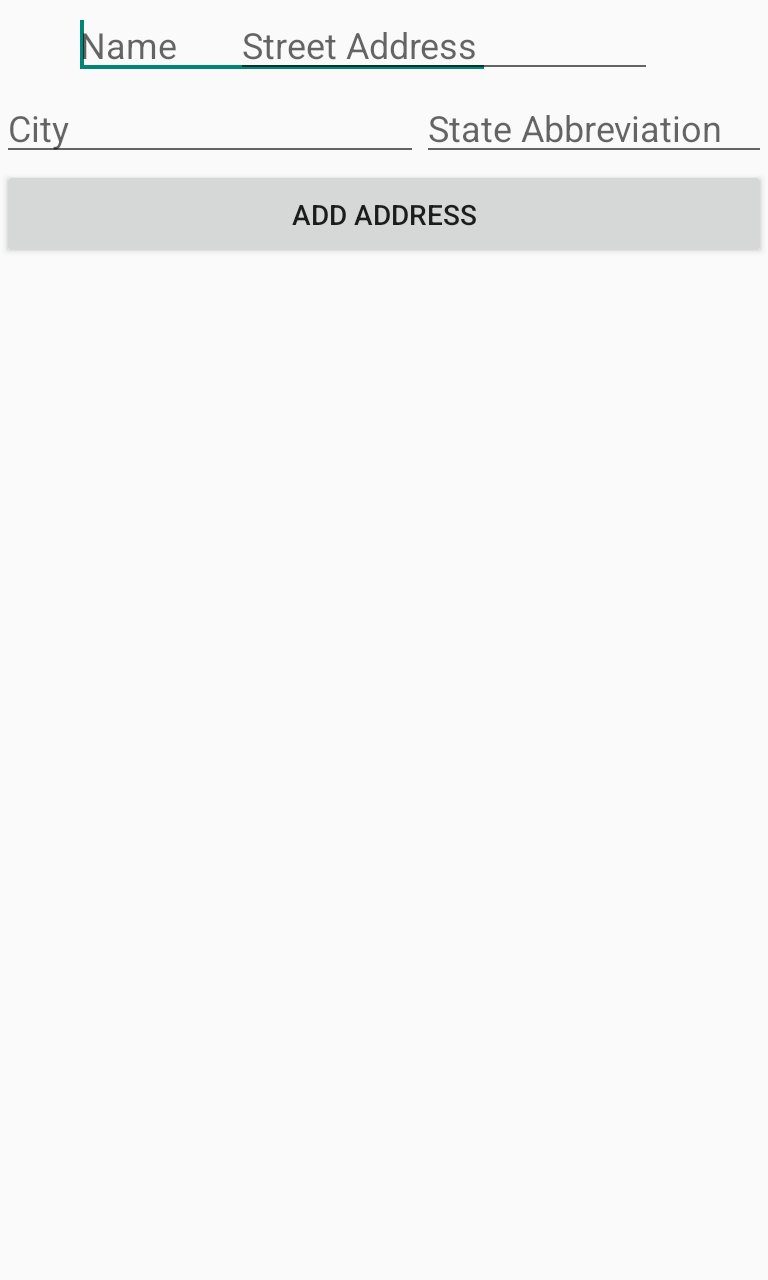
Repository: bhazenstab16/addressbookBMH
Layout: AddressBook/res/layout/activity_main.xml
These files come from the project's save history. The layout is drawn as it stood at one moment and after the next save; the edit follows.
It is drawn on a 768 x 1280 px phone screen (xhdpi) without system bars, with theme AppTheme; the app's code is not run.

Above is the layout before, as saved 2019-10-17 15:48:31.

### AddressBook/res/layout/activity_main.xml
<RelativeLayout xmlns:android="http://schemas.android.com/apk/res/android"
    xmlns:tools="http://schemas.android.com/tools"
    android:id="@+id/container"
    android:layout_width="match_parent"
    android:layout_height="match_parent"
    tools:context="com.example.addressbook.MainActivity"
    tools:ignore="MergeRootFrame" >

    <EditText
        android:id="@+id/editTextCity"
        android:layout_width="wrap_content"
        android:layout_height="wrap_content"
        android:layout_alignParentLeft="true"
        android:layout_below="@+id/editTextStreetAddress"
        android:ems="10"
        android:hint="@string/stringHintCity" />

    <EditText
        android:id="@+id/editTextState"
        android:layout_width="wrap_content"
        android:layout_height="wrap_content"
        android:layout_alignBaseline="@+id/editTextCity"
        android:layout_alignBottom="@+id/editTextCity"
        android:layout_toRightOf="@+id/editTextCity"
        android:ems="10"
        android:hint="@string/stringHintState" />

    <EditText
        android:id="@+id/editTextZip"
        android:layout_width="wrap_content"
        android:layout_height="wrap_content"
        android:layout_alignBaseline="@+id/editTextState"
        android:layout_alignBottom="@+id/editTextState"
        android:layout_toRightOf="@+id/editTextState"
        android:ems="10"
        android:hint="@string/stringHintZip"
        android:inputType="number" />

    <Button
        android:id="@+id/buttonAdd"
        android:layout_width="wrap_content"
        android:layout_height="wrap_content"
        android:layout_alignParentLeft="true"
        android:layout_alignParentRight="true"
        android:layout_below="@+id/editTextCity"
        android:text="@string/stringAddRecord" />

    <EditText
        android:id="@+id/editTextName"
        android:layout_width="wrap_content"
        android:layout_height="wrap_content"
        android:layout_above="@+id/editTextCity"
        android:layout_alignParentLeft="true"
        android:layout_marginLeft="36dp"
        android:ems="10"
        android:hint="@string/stringHintName"
        android:inputType="textPersonName" >

        <requestFocus />
    </EditText>

    <EditText
        android:id="@+id/editTextStreetAddress"
        android:layout_width="wrap_content"
        android:layout_height="wrap_content"
        android:layout_alignParentTop="true"
        android:layout_alignRight="@+id/editTextZip"
        android:layout_marginRight="57dp"
        android:ems="10"
        android:hint="@string/stringHintStreetAddress"
        android:inputType="textPostalAddress" />

</RelativeLayout>

### AddressBook/res/values/strings.xml
<?xml version="1.0" encoding="utf-8"?>
<resources>

    <string name="app_name">AddressBook</string>
    <string name="hello_world">Hello world!</string>
    <string name="action_settings">Settings</string>
    <string name="stringHintName">Name</string>
    <string name="stringHintStreetAddress">Street Address</string>
    <string name="stringHintCity">City</string>
    <string name="stringHintState">State Abbreviation</string>
    <string name="stringHintZip">6 Digit Zip</string>
    <string name="stringAddRecord">Add Address</string>

</resources>

Loaded but not shown: AddressBook/res/values/styles.xml (common file); AddressBook/res/values-v11/styles.xml (common file); AddressBook/res/values-v14/styles.xml (common file)

After the next save:
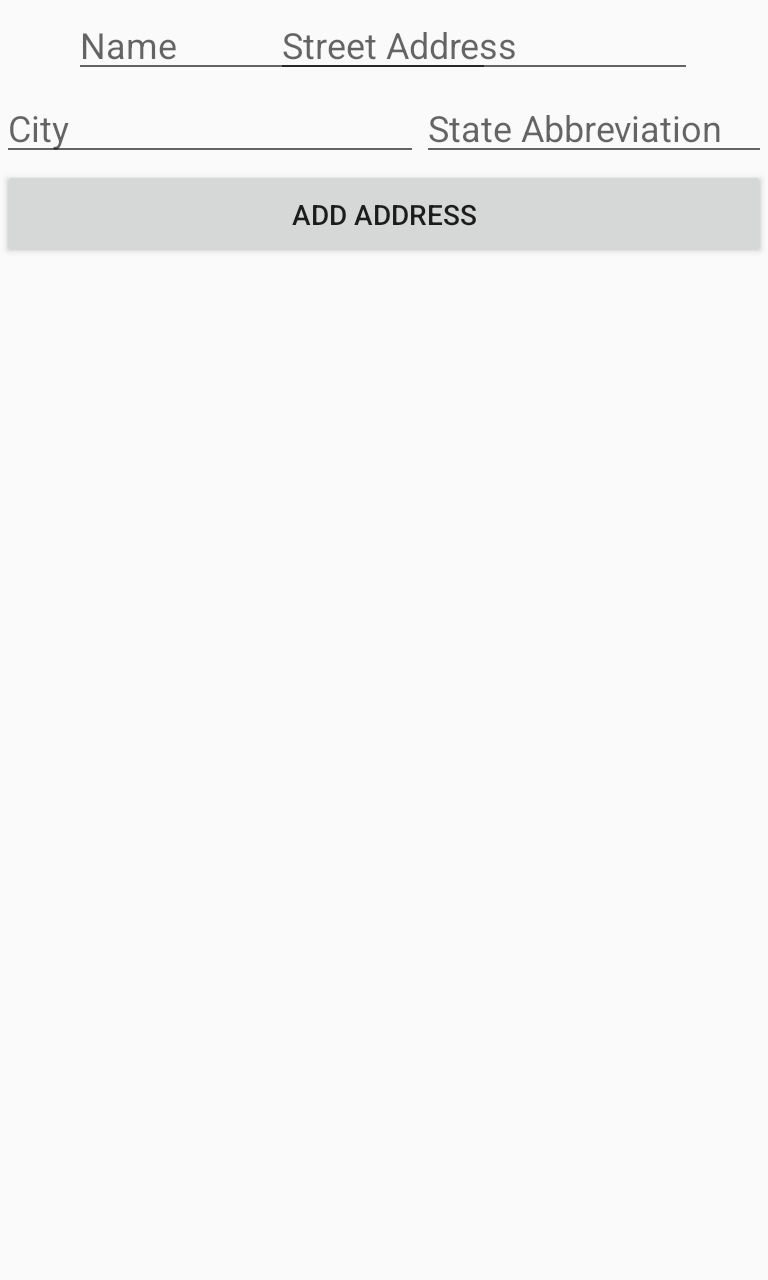
Saved 2 min 16 s later.
--- a/AddressBook/res/layout/activity_main.xml
+++ b/AddressBook/res/layout/activity_main.xml
@@ -5,6 +5,15 @@
     android:layout_height="match_parent"
     tools:context="com.example.addressbook.MainActivity"
     tools:ignore="MergeRootFrame" >
+
+    <EditText
+        android:id="@+id/editTextName"
+        android:layout_width="wrap_content"
+        android:layout_height="wrap_content"
+        android:layout_marginLeft="36dp"
+        android:ems="10"
+        android:hint="@string/stringHintName"
+        android:inputType="textPersonName" />
 
     <EditText
         android:id="@+id/editTextCity"
@@ -46,26 +55,12 @@
         android:text="@string/stringAddRecord" />
 
     <EditText
-        android:id="@+id/editTextName"
-        android:layout_width="wrap_content"
-        android:layout_height="wrap_content"
-        android:layout_above="@+id/editTextCity"
-        android:layout_alignParentLeft="true"
-        android:layout_marginLeft="36dp"
-        android:ems="10"
-        android:hint="@string/stringHintName"
-        android:inputType="textPersonName" >
-
-        <requestFocus />
-    </EditText>
-
-    <EditText
         android:id="@+id/editTextStreetAddress"
         android:layout_width="wrap_content"
         android:layout_height="wrap_content"
         android:layout_alignParentTop="true"
         android:layout_alignRight="@+id/editTextZip"
-        android:layout_marginRight="57dp"
+        android:layout_marginRight="37dp"
         android:ems="10"
         android:hint="@string/stringHintStreetAddress"
         android:inputType="textPostalAddress" />
